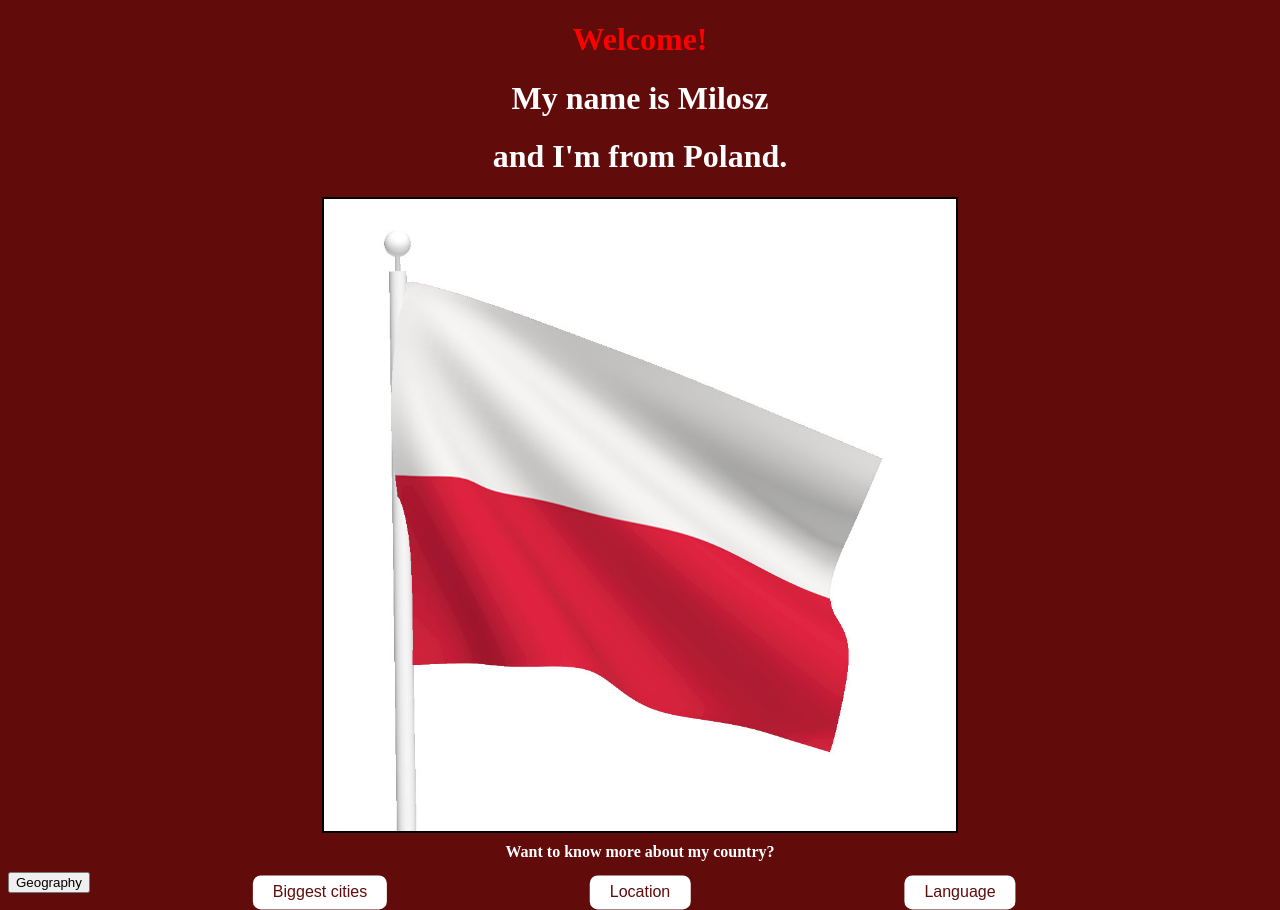
Repository: miloszkryzia/Poland-Website
Page: projec/projec.html
The author's editor kept a record of every edit. The page is drawn from the files as they stood at one moment, then again after the next edit.
The browser window is 1280 px wide. The pictures show the whole page.

Above is the page before.

### projec/projec.html
<!DOCTYPE html>
<html>
    <link href="project.css" rel="stylesheet" type="text/css">
    <head>
        <meta charset="utf-8">
        <title>Poland</title>
    </head>
    <body style="background-color:#610B0B;">
        <h1 class="head">Welcome!</h1>
        <h1>My name is Milosz</h1>
        <h1>and I'm from Poland.</h1>
        <img src="polishflag.jpg"/>
        <h1 class="bottom">Want to know more about my country?</h1>
        <form action="page2.html" method="get">
            <button class="location" type="submit">Location</button>
            <button class="cities" type="submit" formaction="page3.html">Biggest cities</button>
            <button class="language" type="submit" formaction="page4.html">Language</button>
            <button class="geo" type="submit" formaction="page5.html">Geography</button>
        </form>
    </body>
</html>

### projec/project.css
.head {
    color:#FF0000;
    text-align:center;
}
h1 {
    color:white;
    text-align:center;
}
.bottom {
    font-size:medium;
    color:white;
    text-align:center;

}
img {
    margin: auto;
  width: 50%;
  display: block;
  border:2px solid black;
}
.location {
  float: none;
  position: absolute;
  left: 50%;
  transform: translate(-50%, 10%);
  color: #610B0B;
  background-color:white;
  border: none;
  padding: 8px 20px;
  text-align: center;
  text-decoration: none;
  display: inline-block;
  font-size: 16px;
  border-radius: 8px;

}
.cities {
    float: none;
  position: absolute;
  left: 25%;
  transform: translate(-50%, 10%);
  color: #610B0B;
  background-color:white;
  border: none;
  padding: 8px 20px;
  text-align: center;
  text-decoration: none;
  display: inline-block;
  font-size: 16px;
  border-radius: 8px;

}
.language {
    float: none;
  position: absolute;
  left: 75%;
  transform: translate(-50%, 10%);
  color: #610B0B;
  background-color:white;
  border: none;
  padding: 8px 20px;
  text-align: center;
  text-decoration: none;
  display: inline-block;
  font-size: 16px;
  border-radius: 8px;
}
div{
    color:white;
    transform:translate(70%,100%);
}

After the next edit:
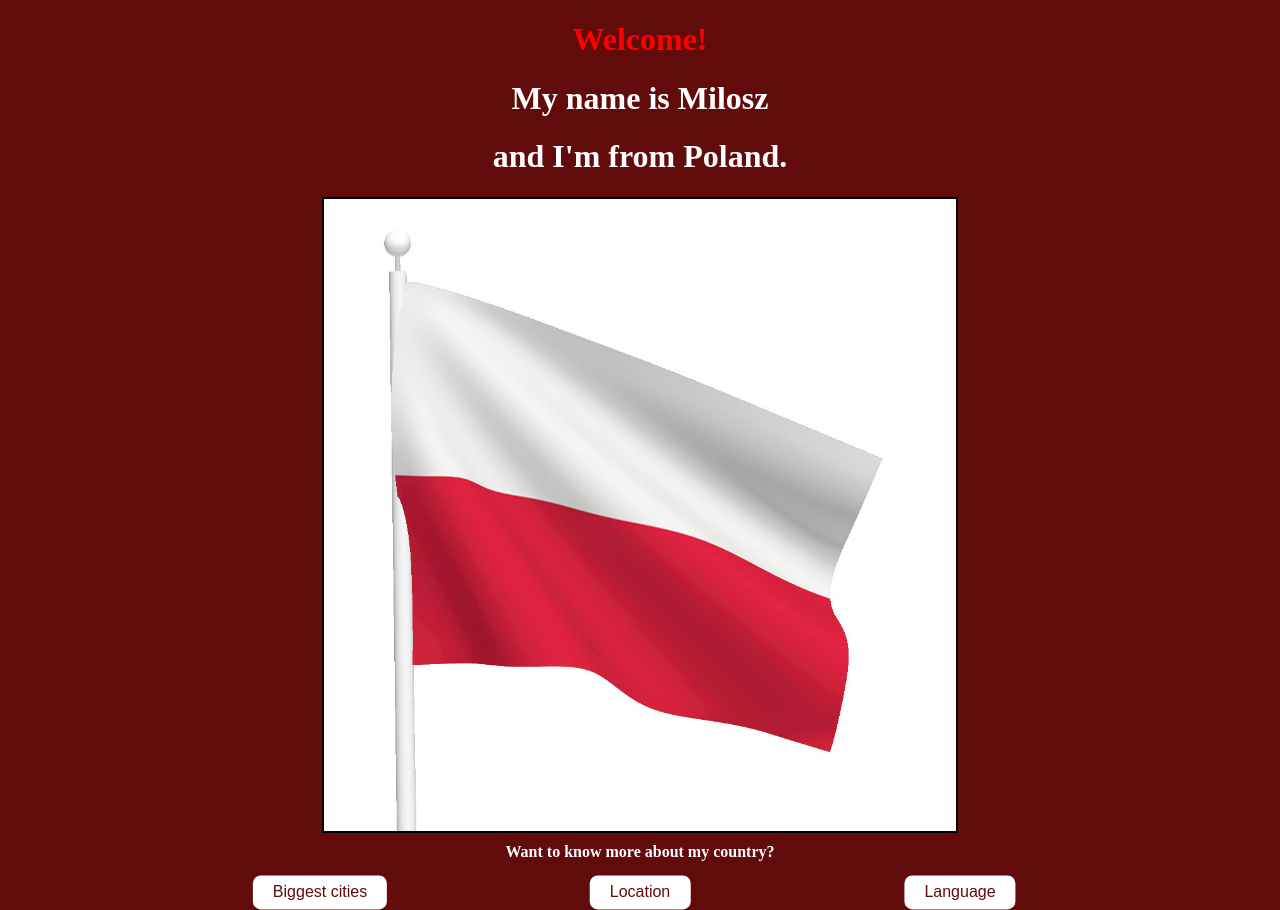
The edit:
--- a/projec/projec.html
+++ b/projec/projec.html
@@ -15,7 +15,6 @@
             <button class="location" type="submit">Location</button>
             <button class="cities" type="submit" formaction="page3.html">Biggest cities</button>
             <button class="language" type="submit" formaction="page4.html">Language</button>
-            <button class="geo" type="submit" formaction="page5.html">Geography</button>
         </form>
     </body>
 </html>
